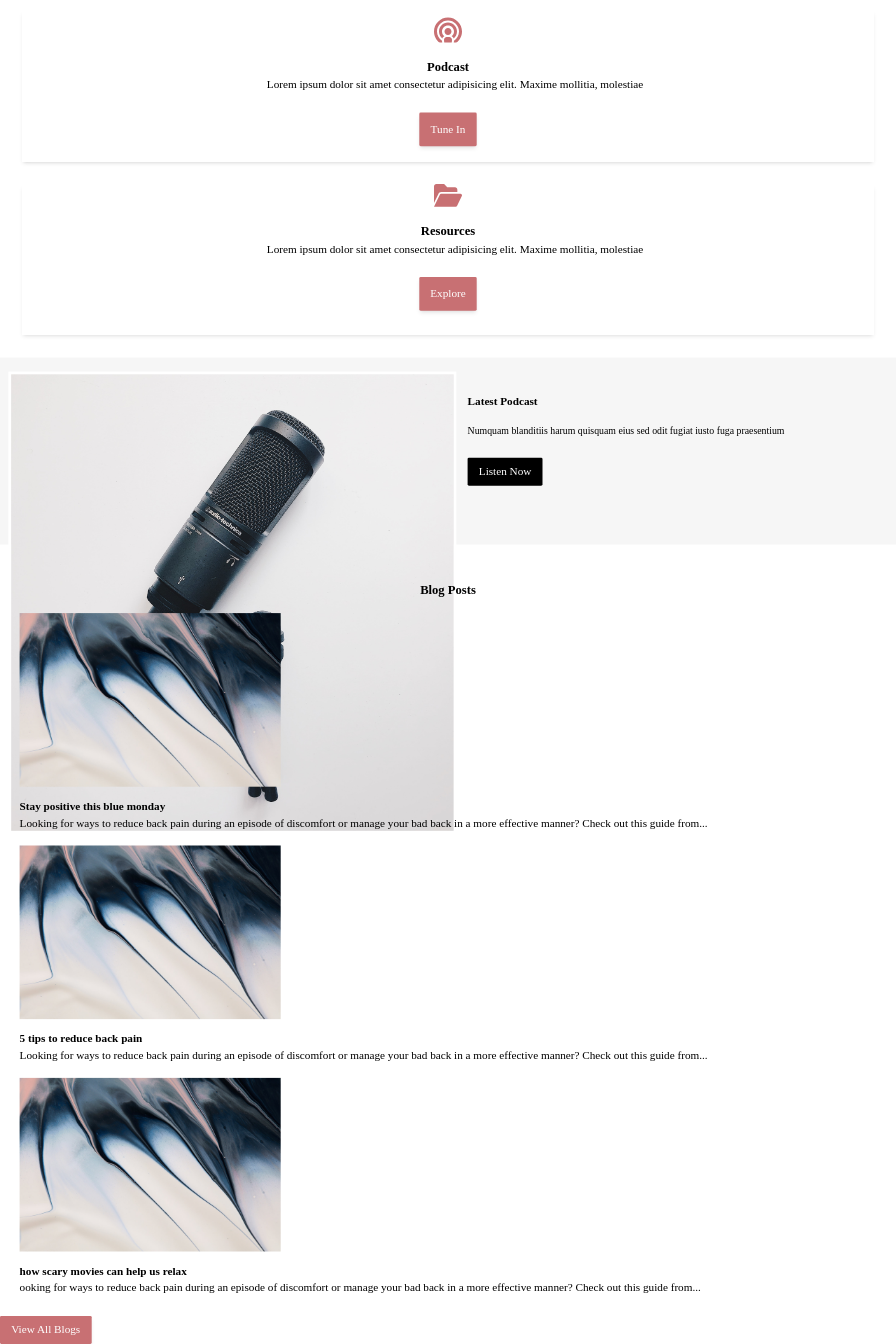
Repository: BrightonMboya/being-you
Page: /
An editor plug-in stored every save of this project. The page is shown before and after the next save, followed by the edit.
The browser window is 1280 px wide. The pictures show the part of the page from y = 1077 to 2997 px (the page is 2997 px tall), at 70% of full size.
The project was rebuilt for these pictures with package versions that can differ from the ones it lists, and the page was loaded fresh each time.

Above is the page before, as saved 2022-05-29 08:32:54.

### src/index.css
@tailwind base;
@tailwind components;
@tailwind utilities;

@layer base {
    html {
        font-family: Cormorant Garamond;
    }
}

### src/App.js
import React from "react";
import NavBar from './Components/Navbar/NavBar';
import HeroSection from "./Components/Hero-Section/HeroSection";
import About from "./Components/About/About"
import Explore from "./Components/Podcast/Explore";
import Podcast from "./Components/Podcast/Podcast";
import Blogs from "./Components/Blog/Blogs";

function App() {
  return (
    <React.Fragment>
     <NavBar/>
     <HeroSection/>
     <About/>
     <Explore/>
     <Podcast/>
     <Blogs/>
    </React.Fragment>
  );
}

export default App;

### src/Components/Navbar/NavBar.jsx
import React, { useState } from 'react'
import { Link } from 'react-scroll'
import logo from '../../assets/logo.png'
import { FaBars, FaTimes, FaInstagram, FaYoutube } from 'react-icons/fa'

const NavBar = () => {
  const [nav, setNav] = useState(false)
  const handleClick = () => setNav(!nav)
  return (
    <React.Fragment>
      <div className="flex items-center justify-between shadow-md">
        <div className="md:hidden">
          <img src={logo} alt="" className="object-cover w-28 h-28" />
        </div>

        {/* menu */}
        <ul className="hidden md:flex gap-[4vh] ml-[6vh] mt-4">
          <li className="mt-5">
            <Link to="home" smooth={true} duration={500}>
              Home
            </Link>
          </li>
          <li className="mt-5">
            <Link to="about" smooth={true} duration={500}>
              About
            </Link>
          </li>
          <li className="mt-5">
            <Link to="listen" smooth={true} duration={500}>
              Listen
            </Link>
          </li>
          <li className="mt-5">
            <Link to="read" smooth={true} duration={500}>
              Read
            </Link>
          </li>
          <li>
            <img src={logo} alt="" className="object-cover w-30 h-20" />
          </li>
          <li className="mt-5">
            <Link to="contact" smooth={true} duration={500}>
              Contact
            </Link>
          </li>
          <li className="mt-5">
            <FaInstagram className="" />
          </li>
          <li className="mt-5">
            <FaYoutube />
          </li>
        </ul>

        {/* Hamburger Menu */}
        <div className="md:hidden z-10" onClick={handleClick}>
          {!nav ? (
            <FaBars className="text-2xl w-full mr-8" />
          ) : (
            <FaTimes className="text-3xl  mr-3" />
          )}
        </div>

        {/* mobile menu */}
        <ul
          className={
            !nav
              ? 'hidden'
              : 'absolute top-0 left-0 w-full h-[60vh] flex flex-col justify-center items-center'
          }
        >
          <li className="text-2xl py-5">
            <Link onClick={handleClick} to="home" smooth={true} duration={500}>
              Home
            </Link>
          </li>
          <li className="text-2xl">
            <Link to="about" smooth={true} duration={500}>
              About
            </Link>
          </li>
          <li className="text-2xl">
            <Link to="listen" smooth={true} duration={500}>
              Listen
            </Link>
          </li>
          <li className="text-2xl">
            <Link to="read" smooth={true} duration={500}>
              Read
            </Link>
          </li>

          <li className="text-2xl">
            <Link to="contact" smooth={true} duration={500}>
              Contact
            </Link>
          </li>
        </ul>
      </div>
    </React.Fragment>
  )
}

export default NavBar

### src/Components/Hero-Section/HeroSection.jsx
import React from 'react'
import hero from '../../assets/hero.png'

const HeroSection = () => {
  return (
    <div
      style={{
        backgroundImage: `url(${hero})`,
        objectPosition: 'cover',
      }}
      className="object-cover bg-cover bg-no-repeat h-[30vh] md:h-[30vh]"
    >
      <div className="flex flex-col items-center justify-center pt-[7vh]">
        <h3 className="text-center text-lg text-white font-medium py-[3vh] md:text-4xl">
          Loving Self. Embracing life. Defining purpose
        </h3>

        <button className="bg-[#C87073] text-white mb-5 px-5 py-1 text-sm md:py-4 px-7 text-lg">
          Learn More
        </button>
      </div>
    </div>
  )
}

export default HeroSection

### src/Components/About/About.jsx
import React from "react";
import about from "../../assets/about.jpg";

const About = () => {
  return (
    <div className="flex flex-col justify-center items-center bg-[#F6F6F6]">
      <div className="py-6 md:grid grid-cols-3 gap-3">
        <div className="mt-6">
          <h3 className="text-center font-semibold">About</h3>
          <p className="text-center px-4 md:mt-3">
            "The Value of identity of course is that so often with it comes
            purpose.
          </p>
        </div>
        <img src={about} alt="" className="mt-6 px-8" />
        <p className="text-center px-3 text-sm mt-7 md:text-base">
          Lorem ipsum dolor sit amet consectetur adipisicing elit. Maxime
          mollitia, molestiae vel sint commodi repudiand consequuntur voluptatum
            <br/>
          blanditiis harum quisquam eius sed odit fugiat iusto fuga praesenti
          optio, eaque rerum! Provident similique accusanti nemo autem.
        </p>
      </div>
    </div>
  );
};

export default About;

### src/Components/Podcast/Explore.jsx
import React from "react";
import ExploreCard from "./ExploreCard";
import book from "../../assets/book.svg";
import podcast from "../../assets/podcast.svg";
import resources from "../../assets/resources.svg";

const Explore = () => {
  return (
    <div className="mt-5">
      <h3 className="text-center font-semibold text-lg">Explore</h3>
      <div className="flex flex-col px-8">
        <ExploreCard
          image={book}
          title="Books"
          description="Lorem ipsum dolor sit amet consectetur adipisicing elit. Maxime mollitia, molestiae "
          action="Read On"
        />
        <ExploreCard
          image={podcast}
          title="Podcast"
          description="Lorem ipsum dolor sit amet consectetur adipisicing elit. Maxime mollitia, molestiae "
          action="Tune In"
        />
        <ExploreCard
          image={resources}
          title="Resources"
          description="Lorem ipsum dolor sit amet consectetur adipisicing elit. Maxime mollitia, molestiae "
          action="Explore"
        />

      </div>
    </div>
  );
};

export default Explore;

### src/Components/Podcast/Podcast.jsx
import React from "react";
import mic from "../../assets/mic.jpg";

const Podcast = () => {
  return (
    <div className="bg-[#F6F6F6] mt-8 h-[37vh]">
      <div className="grid grid-cols-2">
        <img
          src={mic}
          alt=""
          className="h-full w-25 object-cover ml-3  mt-5 border-4 border-white"
        />
        <div className="mt-[7vh] ml-7">
          <h3 className="font-semibold">Latest Podcast</h3>
          <p className="text-sm mr-5 mt-5">
            Numquam blanditiis harum quisquam eius sed odit fugiat iusto fuga
            praesentium
          </p>

          <button className="mt-7 bg-black text-white px-4 py-2 rounded-sm shadow-mdF">
            Listen Now
          </button>
        </div>
      </div>
    </div>
  );
};

export default Podcast;

### src/Components/Blog/Blogs.jsx
import React from "react";
import BlogCard from "./BlogCard";
import blog from "../../assets/blog.png";

const Blogs = () => {
  return (
    <div>
      <div className="mt-[7vh]">
        <h3 className="text-center font-semibold text-lg">Blog Posts</h3>
        <div>
          <BlogCard
            image={blog}
            title="Stay positive this blue monday"
            description="Looking for ways to reduce back pain during an episode of
            discomfort or manage your bad back in a more effective manner? Check out this guide from..."
          />
          <BlogCard
            image={blog}
            title="5 tips to reduce back pain"
            description="Looking for ways to reduce back pain during an episode of
            discomfort or manage your bad back in a more effective manner? Check out this guide from..."
          />
          <BlogCard
            image={blog}
            title="how scary movies can help us relax"
            description="ooking for ways to reduce back pain during an episode of
            discomfort or manage your bad back in a more effective manner? Check out this guide from..."
          />
        </div>

        <div className="flex items-center">
          <button className="mt-7 bg-[#C87073] text-white px-4 py-2 rounded-sm shadow-md">
            View All Blogs
          </button>
        </div>
      </div>
    </div>
  );
};

export default Blogs;

### src/Components/Podcast/ExploreCard.jsx
import React from "react";

const ExploreCard = (props) => {
  return (
    <div className="mt-8">
      <div className="flex flex-col items-center shadow-md h-[30vh]">
        <img src={props.image} alt="" />
        <h3 className="mt-5 font-semibold text-lg">{props.title}</h3>
        <p className="ml-5">{props.description}</p>

        <button className="mt-7 bg-[#C87073] text-white px-4 py-3 rounded-sm shadow-md">{props.action}</button>
      </div>
    </div>
  );
};

export default ExploreCard;

### src/Components/Blog/BlogCard.jsx
import React from 'react'

const BlogCard = (props) => {
  return (
    <div>
        <div className='px-7'>
            <img src={props.image} alt="" className='mt-5 object-cover'/>
            <h3 className='mt-4 font-semibold text-base'>{props.title}</h3>
            <p>{props.description}</p>
        </div>
    </div>
  )
}

export default BlogCard

Loaded but not shown: public/index.html (common file); src/index.js (common file); tailwind.config.js (common file)

After the next save:
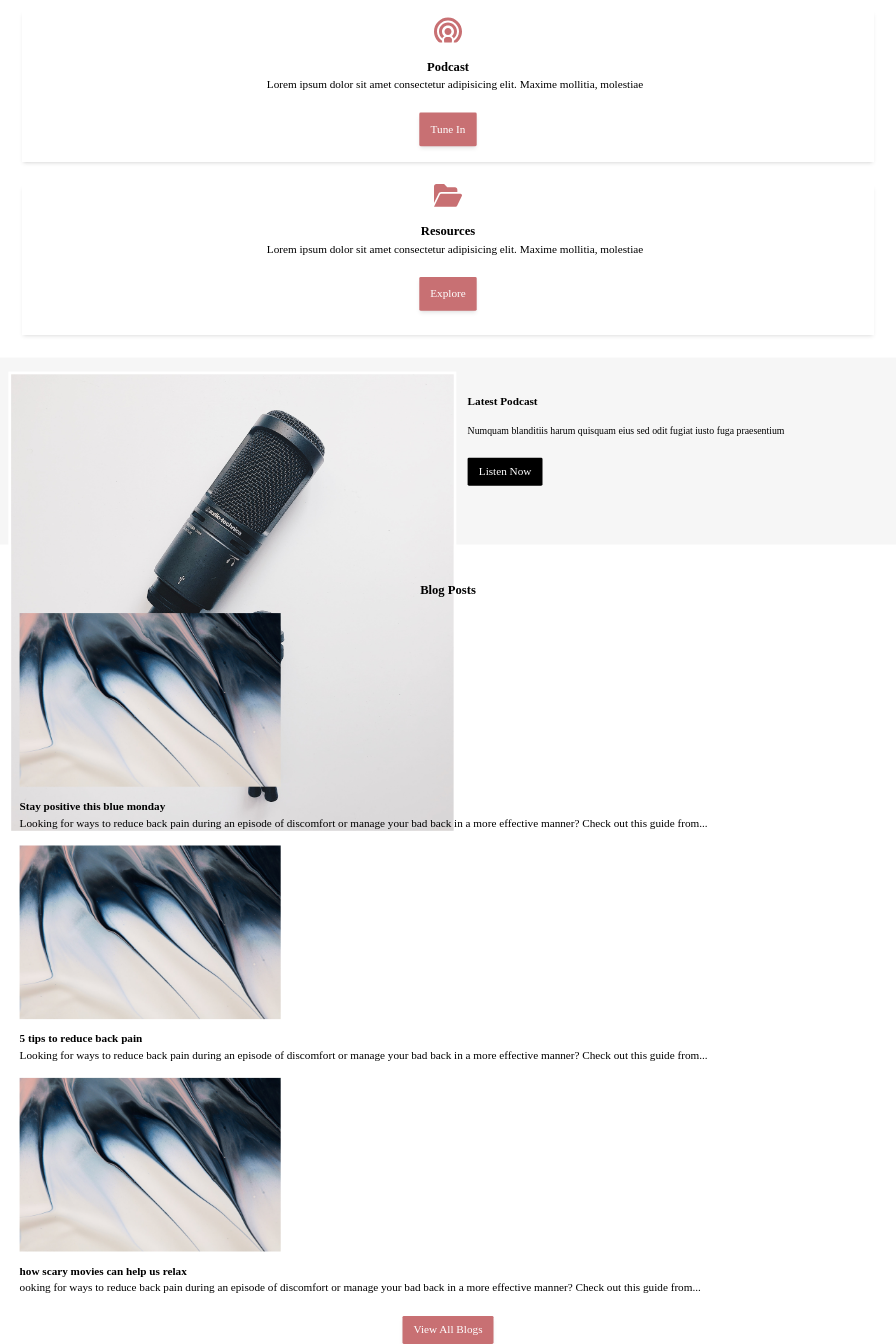
Saved 7 s later.
--- a/src/Components/Blog/Blogs.jsx
+++ b/src/Components/Blog/Blogs.jsx
@@ -28,7 +28,7 @@ const Blogs = () => {
           />
         </div>
 
-        <div className="flex items-center">
+        <div className="flex items-center justify-center">
           <button className="mt-7 bg-[#C87073] text-white px-4 py-2 rounded-sm shadow-md">
             View All Blogs
           </button>
